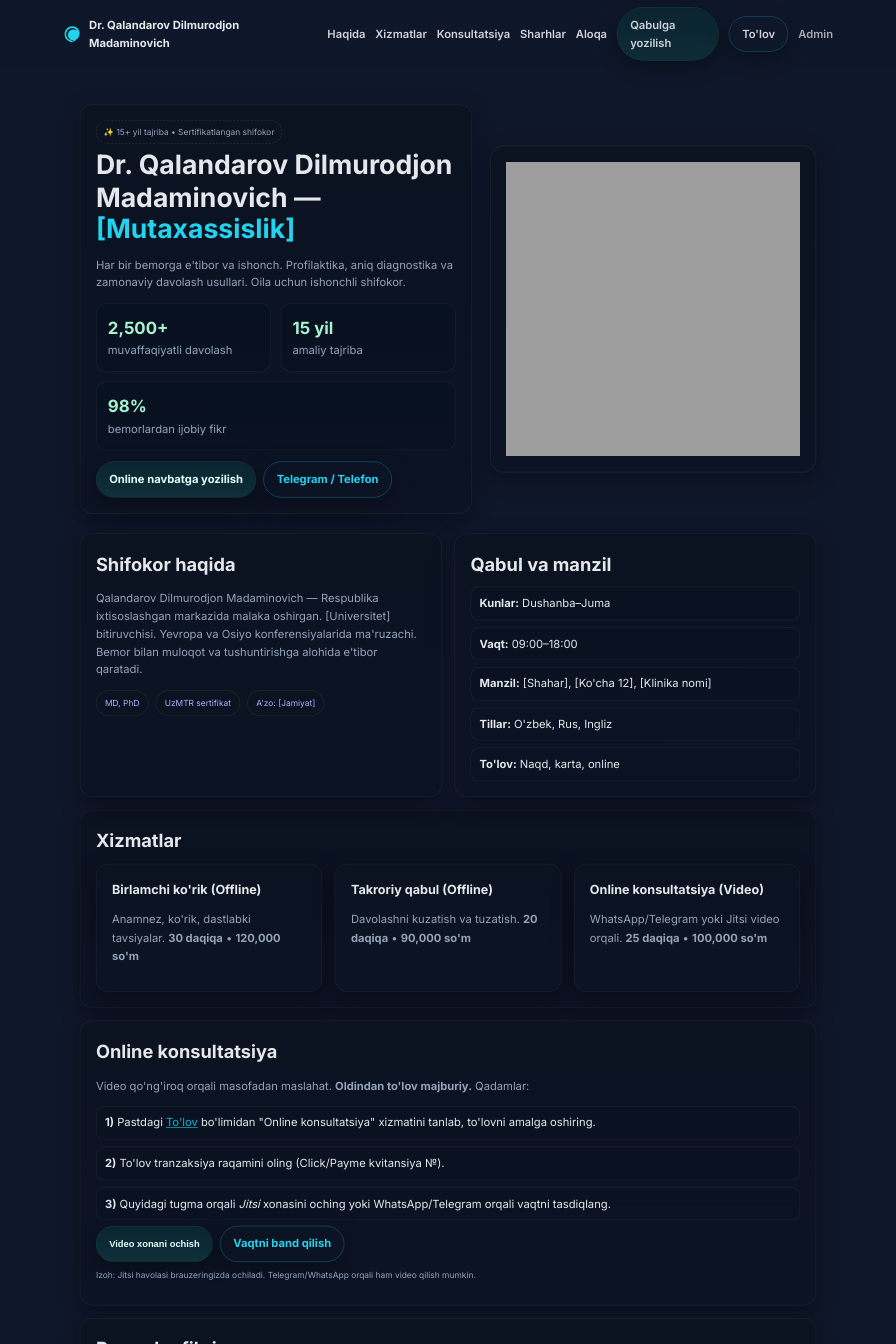
Repository: diyorbe-beep/-----------
Page: /doctors
The author's editor kept a copy of each file at every save. The page is drawn from the files as they stood at one save, then again after the next save.
The browser window is 1280 px wide. The pictures show the part of the page from y = 0 to 1920 px (the page is 3286 px tall), at 70% of full size.
Pictures or frames that could not be fetched are drawn as grey boxes. The project was rebuilt for these pictures with package versions that can differ from the ones it lists, and the page was loaded fresh each time. Also part of the build but not shown: vite.config.js, src/components/Admin/AdminLogin.jsx, src/components/Admin/AdminAppointments.jsx, src/components/Admin/AdminPrices.jsx, src/components/Admin/AdminPayments.jsx, src/components/Admin/AdminDashboard.jsx, src/components/Admin/Admin.jsx.

Above is the page before, as saved 2025-10-20 20:32:21.

### index.html
<!DOCTYPE html>
<html lang="uz">
<head>
  <meta charset="UTF-8" />
  <meta name="viewport" content="width=device-width, initial-scale=1.0" />
  <title>Dr. Qalandarov Dilmurodjon Madaminovich — Shaxsiy tibbiy sayt</title>
  <meta name="description" content="Dr. Qalandarov Dilmurodjon Madaminovich — Qabul, diagnostika va davolash. Online navbatga yoziling, manzil va aloqa ma'lumotlari.">
  <meta name="format-detection" content="telephone=no" />
  <link rel="preconnect" href="https://fonts.googleapis.com">
  <link rel="preconnect" href="https://fonts.gstatic.com" crossorigin>
  <link href="https://fonts.googleapis.com/css2?family=Inter:wght@300;400;600;700&display=swap" rel="stylesheet">
  <script type="application/ld+json">
  {
    "@context": "https://schema.org",
    "@type": "Physician",
    "name": "Dr. Qalandarov Dilmurodjon Madaminovich",
    "medicalSpecialty": "[Mutaxassislik]",
    "telephone": "+998 [telefon]",
    "address": {"@type": "PostalAddress","streetAddress": "[Ko'cha va uy]","addressLocality": "[Shahar]","addressRegion": "[Viloyat]","postalCode": "[Indeks]","addressCountry": "UZ"},
    "openingHours": "Mo-Fr 09:00-18:00"
  }
  </script>
</head>
<body>
  <noscript>You need to enable JavaScript to run this app.</noscript>
  <div id="root"></div>
  <script type="module" src="/src/main.jsx"></script>
</body>
</html>

### src/main.jsx
import React from 'react'
import ReactDOM from 'react-dom/client'
import './index.css'
import App from './App.jsx'

ReactDOM.createRoot(document.getElementById('root')).render(
  <React.StrictMode>
    <App />
  </React.StrictMode>,
)

### src/index.css
:root {
  --bg: #0f172a;
  --card: #111827ee;
  --muted: #94a3b8;
  --txt: #e5e7eb;
  --brand: #06b6d4;
  --brand-2: #22d3ee;
  --accent: #34d399;
  --danger: #ef4444;
  --shadow: 0 10px 30px rgba(0, 0, 0, 0.35);
  --radius: 18px;
}

* {
  box-sizing: border-box;
}

html,
body {
  margin: 0;
  padding: 0;
  background: var(--bg);
  color: var(--txt);
  font-family: Inter, system-ui, -apple-system, Segoe UI, Roboto, "Helvetica Neue", Arial, sans-serif;
  line-height: 1.6;
}

a {
  color: var(--brand);
}

.container {
  max-width: 1100px;
  margin: 0 auto;
  padding: 24px;
}

header {
  position: sticky;
  top: 0;
  z-index: 50;
  background: linear-gradient(180deg, #0f172ae6, #0f172a00);
}

.nav {
  display: flex;
  gap: 16px;
  align-items: center;
  justify-content: space-between;
  padding: 10px 0;
}

.nav a {
  font-weight: 600;
  text-decoration: none;
  color: var(--txt);
  opacity: 0.9;
}

.nav a:hover {
  color: var(--brand-2);
}

.btn {
  display: inline-flex;
  align-items: center;
  justify-content: center;
  padding: 12px 18px;
  border-radius: 9999px;
  border: 1px solid #16a34a20;
  background: linear-gradient(180deg, #0b2530, #0f2f3a);
  color: #e6fffb;
  font-weight: 700;
  cursor: pointer;
  box-shadow: var(--shadow);
  text-decoration: none;
}

.btn:hover {
  transform: translateY(-1px);
  filter: brightness(1.1);
}

.btn-outline {
  background: transparent;
  border: 1px solid #22d3ee55;
  color: var(--brand-2);
}

.hero {
  display: grid;
  grid-template-columns: 1.2fr 1fr;
  gap: 26px;
  align-items: center;
  padding: 28px 0;
}

.card {
  background: linear-gradient(180deg, #0b1220, #0c1324);
  border: 1px solid rgba(255, 255, 255, 0.06);
  box-shadow: var(--shadow);
  border-radius: var(--radius);
  padding: 22px;
}

.tag {
  display: inline-flex;
  gap: 8px;
  align-items: center;
  font-size: 12px;
  color: var(--muted);
  border: 1px dashed rgba(255, 255, 255, 0.15);
  padding: 6px 10px;
  border-radius: 999px;
}

.hero h1 {
  font-size: 38px;
  line-height: 1.2;
  margin: 0.2em 0;
}

.hero p {
  color: var(--muted);
}

.portrait {
  aspect-ratio: 1/1;
  border-radius: 20px;
  overflow: hidden;
  border: 1px solid rgba(255, 255, 255, 0.08);
}

.portrait img {
  width: 100%;
  height: 100%;
  object-fit: cover;
  display: block;
}

.grid-3 {
  display: grid;
  grid-template-columns: repeat(3, 1fr);
  gap: 18px;
}

.grid-2 {
  display: grid;
  grid-template-columns: repeat(2, 1fr);
  gap: 18px;
}

h2 {
  font-size: 26px;
  margin: 0 0 12px;
}

h3 {
  font-size: 18px;
  margin: 0 0 8px;
}

.muted {
  color: var(--muted);
}

.list {
  display: grid;
  gap: 10px;
  margin: 0;
  padding: 0;
}

.list li {
  list-style: none;
  padding: 10px 12px;
  border: 1px solid rgba(255, 255, 255, 0.06);
  border-radius: 12px;
  background: #0b1323cc;
}

.kpi {
  display: flex;
  gap: 14px;
  flex-wrap: wrap;
}

.kpi .item {
  flex: 1;
  min-width: 180px;
  padding: 16px;
  border-radius: 14px;
  border: 1px solid rgba(255, 255, 255, 0.06);
  background: linear-gradient(180deg, #08111f, #0a1221);
}

.kpi .n {
  font-size: 24px;
  font-weight: 800;
  color: #a7f3d0;
}

form {
  display: grid;
  gap: 12px;
}

label {
  font-weight: 600;
  font-size: 14px;
}

input,
select,
textarea {
  width: 100%;
  padding: 12px 14px;
  border-radius: 12px;
  border: 1px solid rgba(255, 255, 255, 0.12);
  background: #0a1221;
  color: var(--txt);
}

textarea {
  min-height: 110px;
  resize: vertical;
}

.footer {
  border-top: 1px solid rgba(255, 255, 255, 0.08);
  margin-top: 32px;
  padding: 22px 0;
  color: var(--muted);
  font-size: 14px;
}

.badges {
  display: flex;
  gap: 10px;
  flex-wrap: wrap;
}

.badge {
  background: #0b1220;
  border: 1px solid rgba(255, 255, 255, 0.08);
  border-radius: 999px;
  padding: 8px 12px;
  font-size: 12px;
  color: #a5b4fc;
}

.map {
  width: 100%;
  height: 260px;
  border-radius: 14px;
  border: 1px solid rgba(255, 255, 255, 0.08);
  background: #0a1221;
  display: flex;
  align-items: center;
  justify-content: center;
  color: #64748b;
}

@media (max-width: 960px) {
  .hero {
    grid-template-columns: 1fr;
  }
  .grid-3 {
    grid-template-columns: 1fr;
  }
  .grid-2 {
    grid-template-columns: 1fr;
  }
}

### src/App.jsx
import { useEffect } from 'react'
import Header from './components/Header.jsx'
import Hero from './components/Hero.jsx'
import About from './components/About.jsx'
import Services from './components/Services.jsx'
import OnlineConsult from './components/OnlineConsult.jsx'
import Reviews from './components/Reviews.jsx'
import Appointment from './components/Appointment.jsx'
import Payment from './components/Payment.jsx'
import Admin from './components/Admin/Admin.jsx'
import Footer from './components/Footer.jsx'
import { SERVICES } from './config/constants.js'
import { getServicesPrices } from './utils/storage.js'

function App() {
  useEffect(() => {
    // Load prices from localStorage on mount
    const savedPrices = getServicesPrices()
    if (savedPrices) {
      SERVICES.offline_primary.price = savedPrices.p1
      SERVICES.offline_follow.price = savedPrices.p2
      SERVICES.online_consult.price = savedPrices.p3
    }
  }, [])

  return (
    <div className="App">
      <Header />
      <main className="container">
        <Hero />
        <About />
        <Services />
        <OnlineConsult />
        <Reviews />
        <Appointment />
        <Payment />
        <Admin />
      </main>
      <Footer />
    </div>
  )
}

export default App

### src/components/Header.jsx
import React from 'react'

const Header = () => {
  return (
    <header>
      <div className="container nav">
        <div style={{ display: 'flex', gap: '10px', alignItems: 'center' }}>
          <svg width="28" height="28" viewBox="0 0 24 24" fill="none" xmlns="http://www.w3.org/2000/svg" aria-hidden="true">
            <path d="M12 2c4.971 0 9 4.029 9 9 0 3.217-1.707 6.04-4.263 7.616-.383.238-.737.53-1.041.867L13 22l-.001-2.5c-3.728 0-6.75-3.022-6.75-6.75S9.271 6 12.999 6c1.794 0 3.426.694 4.649 1.83C16.61 5.595 14.45 4 12 4 7.582 4 4 7.582 4 12s3.582 8 8 8v2C6.477 22 2 17.523 2 12S6.477 2 12 2z" fill="#22d3ee" />
          </svg>
          <strong>Dr. Qalandarov Dilmurodjon Madaminovich</strong>
        </div>
        <nav style={{ display: 'flex', gap: '14px', alignItems: 'center' }}>
          <a href="#about">Haqida</a>
          <a href="#services">Xizmatlar</a>
          <a href="#consult">Konsultatsiya</a>
          <a href="#reviews">Sharhlar</a>
          <a href="#contact">Aloqa</a>
          <a className="btn" href="#appoint">Qabulga yozilish</a>
          <a className="btn btn-outline" href="#pay">To'lov</a>
          <a href="#admin" style={{ opacity: 0.7 }}>Admin</a>
        </nav>
      </div>
    </header>
  )
}

export default Header

### src/components/Hero.jsx
import React from 'react'

const Hero = () => {
  return (
    <section className="hero">
      <div className="card">
        <span className="tag">✨ 15+ yil tajriba • Sertifikatlangan shifokor</span>
        <h1>
          Dr. Qalandarov Dilmurodjon Madaminovich — <span style={{ color: 'var(--brand-2)' }}>[Mutaxassislik]</span>
        </h1>
        <p className="muted">
          Har bir bemorga e'tibor va ishonch. Profilaktika, aniq diagnostika va zamonaviy davolash usullari. Oila uchun ishonchli shifokor.
        </p>
        <div className="kpi" style={{ marginTop: '12px' }}>
          <div className="item">
            <div className="n">2,500+</div>
            <div className="muted">muvaffaqiyatli davolash</div>
          </div>
          <div className="item">
            <div className="n">15 yil</div>
            <div className="muted">amaliy tajriba</div>
          </div>
          <div className="item">
            <div className="n">98%</div>
            <div className="muted">bemorlardan ijobiy fikr</div>
          </div>
        </div>
        <div style={{ display: 'flex', gap: '10px', marginTop: '16px', flexWrap: 'wrap' }}>
          <a className="btn" href="#appoint">Online navbatga yozilish</a>
          <a className="btn btn-outline" href="#contact">Telegram / Telefon</a>
        </div>
      </div>
      <div className="portrait card" aria-label="Doktor portreti">
        <img
          src="https://images.unsplash.com/photo-1612349317150-e413f6a5b16d?q=80&w=1200&auto=format&fit=crop"
          alt="Dr. Qalandarov Dilmurodjon Madaminovich portreti"
        />
      </div>
    </section>
  )
}

export default Hero

### src/components/About.jsx
import React from 'react'

const About = () => {
  return (
    <section id="about" className="grid-2">
      <div className="card">
        <h2>Shifokor haqida</h2>
        <p className="muted">
          Qalandarov Dilmurodjon Madaminovich — Respublika ixtisoslashgan markazida malaka oshirgan. [Universitet] bitiruvchisi.
          Yevropa va Osiyo konferensiyalarida ma'ruzachi. Bemor bilan muloqot va tushuntirishga alohida e'tibor qaratadi.
        </p>
        <div className="badges" style={{ marginTop: '10px' }}>
          <span className="badge">MD, PhD</span>
          <span className="badge">UzMTR sertifikat</span>
          <span className="badge">A'zo: [Jamiyat]</span>
        </div>
      </div>
      <div className="card">
        <h2>Qabul va manzil</h2>
        <ul className="list">
          <li><strong>Kunlar:</strong> Dushanba–Juma</li>
          <li><strong>Vaqt:</strong> 09:00–18:00</li>
          <li><strong>Manzil:</strong> [Shahar], [Ko'cha 12], [Klinika nomi]</li>
          <li><strong>Tillar:</strong> O'zbek, Rus, Ingliz</li>
          <li><strong>To'lov:</strong> Naqd, karta, online</li>
        </ul>
      </div>
    </section>
  )
}

export default About

### src/components/Services.jsx
import React from 'react'
import { SERVICES } from '../config/constants.js'

const Services = () => {
  return (
    <section id="services" className="card" style={{ marginTop: '18px' }}>
      <h2>Xizmatlar</h2>
      <div className="grid-3">
        <div className="card">
          <h3>Birlamchi ko'rik (Offline)</h3>
          <p className="muted">
            Anamnez, ko'rik, dastlabki tavsiyalar. <strong>30 daqiqa</strong> • <strong>{SERVICES.offline_primary.price.toLocaleString('uz-UZ')} so'm</strong>
          </p>
        </div>
        <div className="card">
          <h3>Takroriy qabul (Offline)</h3>
          <p className="muted">
            Davolashni kuzatish va tuzatish. <strong>20 daqiqa</strong> • <strong>{SERVICES.offline_follow.price.toLocaleString('uz-UZ')} so'm</strong>
          </p>
        </div>
        <div className="card">
          <h3>Online konsultatsiya (Video)</h3>
          <p className="muted">
            WhatsApp/Telegram yoki Jitsi video orqali. <strong>25 daqiqa</strong> • <strong>{SERVICES.online_consult.price.toLocaleString('uz-UZ')} so'm</strong>
          </p>
        </div>
      </div>
    </section>
  )
}

export default Services

### src/components/OnlineConsult.jsx
import React from 'react'
import { openJitsi } from '../utils/helpers.js'

const OnlineConsult = () => {
  return (
    <section id="consult" className="card" style={{ marginTop: '18px' }}>
      <h2>Online konsultatsiya</h2>
      <p className="muted">
        Video qo'ng'iroq orqali masofadan maslahat. <strong>Oldindan to'lov majburiy.</strong> Qadamlar:
      </p>
      <ol className="list">
        <li>
          <strong>1)</strong> Pastdagi <a href="#pay">To'lov</a> bo'limidan "Online konsultatsiya" xizmatini tanlab, to'lovni amalga oshiring.
        </li>
        <li>
          <strong>2)</strong> To'lov tranzaksiya raqamini oling (Click/Payme kvitansiya №).
        </li>
        <li>
          <strong>3)</strong> Quyidagi tugma orqali <em>Jitsi</em> xonasini oching yoki WhatsApp/Telegram orqali vaqtni tasdiqlang.
        </li>
      </ol>
      <div style={{ display: 'flex', gap: '10px', flexWrap: 'wrap', marginTop: '8px' }}>
        <button className="btn" type="button" onClick={openJitsi}>
          Video xonani ochish
        </button>
        <a className="btn btn-outline" href="#appoint">Vaqtni band qilish</a>
      </div>
      <p className="muted" style={{ fontSize: '12px', marginTop: '8px' }}>
        Izoh: Jitsi havolasi brauzeringizda ochiladi. Telegram/WhatsApp orqali ham video qilish mumkin.
      </p>
    </section>
  )
}

export default OnlineConsult

### src/components/Reviews.jsx
import React from 'react'

const Reviews = () => {
  const reviews = [
    {
      text: "Doktor juda e'tiborli, hammasini tushuntirib berdi.",
      author: "Dilorom A."
    },
    {
      text: "Navbat tez, davolash samarali bo'ldi. Tavsiya qilaman!",
      author: "Behruz K."
    },
    {
      text: "Bolamni tekshirtirdik, juda mamnunmiz.",
      author: "Saida R."
    }
  ]

  return (
    <section id="reviews" className="card" style={{ marginTop: '18px' }}>
      <h2>Bemorlar fikri</h2>
      <div className="grid-3">
        {reviews.map((review, index) => (
          <div key={index} className="card">
            <p>
              "{review.text}"
              <br />
              <span className="muted">— {review.author}</span>
            </p>
          </div>
        ))}
      </div>
    </section>
  )
}

export default Reviews

### src/components/Payment.jsx
import React, { useState, useEffect } from 'react'
import { SERVICES } from '../config/constants.js'
import { startPayment } from '../utils/helpers.js'

const Payment = () => {
  const [paymentData, setPaymentData] = useState({
    service: 'online_consult',
    name: '',
    phone: ''
  })

  const [amount, setAmount] = useState(SERVICES.online_consult.price)

  useEffect(() => {
    setAmount(SERVICES[paymentData.service].price)
  }, [paymentData.service])

  const handleChange = (e) => {
    const { name, value } = e.target
    setPaymentData(prev => ({
      ...prev,
      [name]: value
    }))
  }

  const handlePayment = (provider) => {
    const service = SERVICES[paymentData.service]
    startPayment(provider, paymentData.service, service, paymentData.name, paymentData.phone)
  }

  return (
    <section id="pay" className="card" style={{ marginTop: '18px' }}>
      <h2>To'lov</h2>
      <p className="muted">
        Iltimos, xizmatni tanlab, oldindan to'lovni bajaring. Band qilingan vaqt faqat to'lovdan so'ng tasdiqlanadi.
      </p>
      <form onSubmit={(e) => e.preventDefault()} className="list">
        <div className="grid-2">
          <div>
            <label htmlFor="pay_service">Xizmat</label>
            <select
              id="pay_service"
              name="service"
              value={paymentData.service}
              onChange={handleChange}
            >
              <option value="online_consult">Online konsultatsiya (Video)</option>
              <option value="offline_primary">Birlamchi ko'rik (Offline)</option>
              <option value="offline_follow">Takroriy qabul (Offline)</option>
            </select>
          </div>
          <div>
            <label htmlFor="pay_name">Ism Familiya</label>
            <input
              id="pay_name"
              name="name"
              value={paymentData.name}
              onChange={handleChange}
              placeholder="Ali Valiyev"
            />
          </div>
        </div>
        <div className="grid-2">
          <div>
            <label htmlFor="pay_phone">Telefon</label>
            <input
              id="pay_phone"
              name="phone"
              value={paymentData.phone}
              onChange={handleChange}
              placeholder="99890xxxxxxx"
            />
          </div>
          <div>
            <label>To'lov summasi</label>
            <div className="kpi">
              <div className="item">
                <div className="n">{amount.toLocaleString('uz-UZ')}</div>
                <div className="muted">so'm</div>
              </div>
            </div>
          </div>
        </div>
        <div style={{ display: 'flex', gap: '10px', flexWrap: 'wrap' }}>
          <button className="btn" type="button" onClick={() => handlePayment('payme')}>
            Payme
          </button>
          <button className="btn" type="button" onClick={() => handlePayment('click')}>
            Click
          </button>
          <button className="btn btn-outline" type="button" onClick={() => handlePayment('manual')}>
            Bank o'tkazma / Naqd ofisda
          </button>
        </div>
        <p className="muted" style={{ fontSize: '12px' }}>
          To'lov muvaffaqiyatli bo'lgach, kvitansiya № ni saqlab qo'ying va <a href="#appoint">band qilish</a> formasiga kiriting.
        </p>
      </form>
    </section>
  )
}

export default Payment

### src/components/Footer.jsx
import React from 'react'
import { scrollToTop } from '../utils/helpers.js'

const Footer = () => {
  const currentYear = new Date().getFullYear()

  return (
    <section className="footer container">
      <div className="grid-2">
        <div>
          © {currentYear} Dr. Qalandarov Dilmurodjon Madaminovich. Barcha huquqlar himoyalangan.
          <br />
          <span className="muted">Sayt: Abdulloxon & "Bob" ishlab chiqdi.</span>
        </div>
        <div style={{ textAlign: 'right' }}>
          <a href="#top" onClick={(e) => { e.preventDefault(); scrollToTop(); }}>
            Yuqoriga ↑
          </a>
        </div>
      </div>
    </section>
  )
}

export default Footer

Loaded but not shown: src/utils/helpers.js (89 lines, source omitted); src/utils/storage.js (89 lines, source omitted); src/config/constants.js (33 lines, source omitted); src/components/Appointment.jsx (182 lines, source omitted); src/styles/themes.css (256 lines, source omitted)

After the next save:
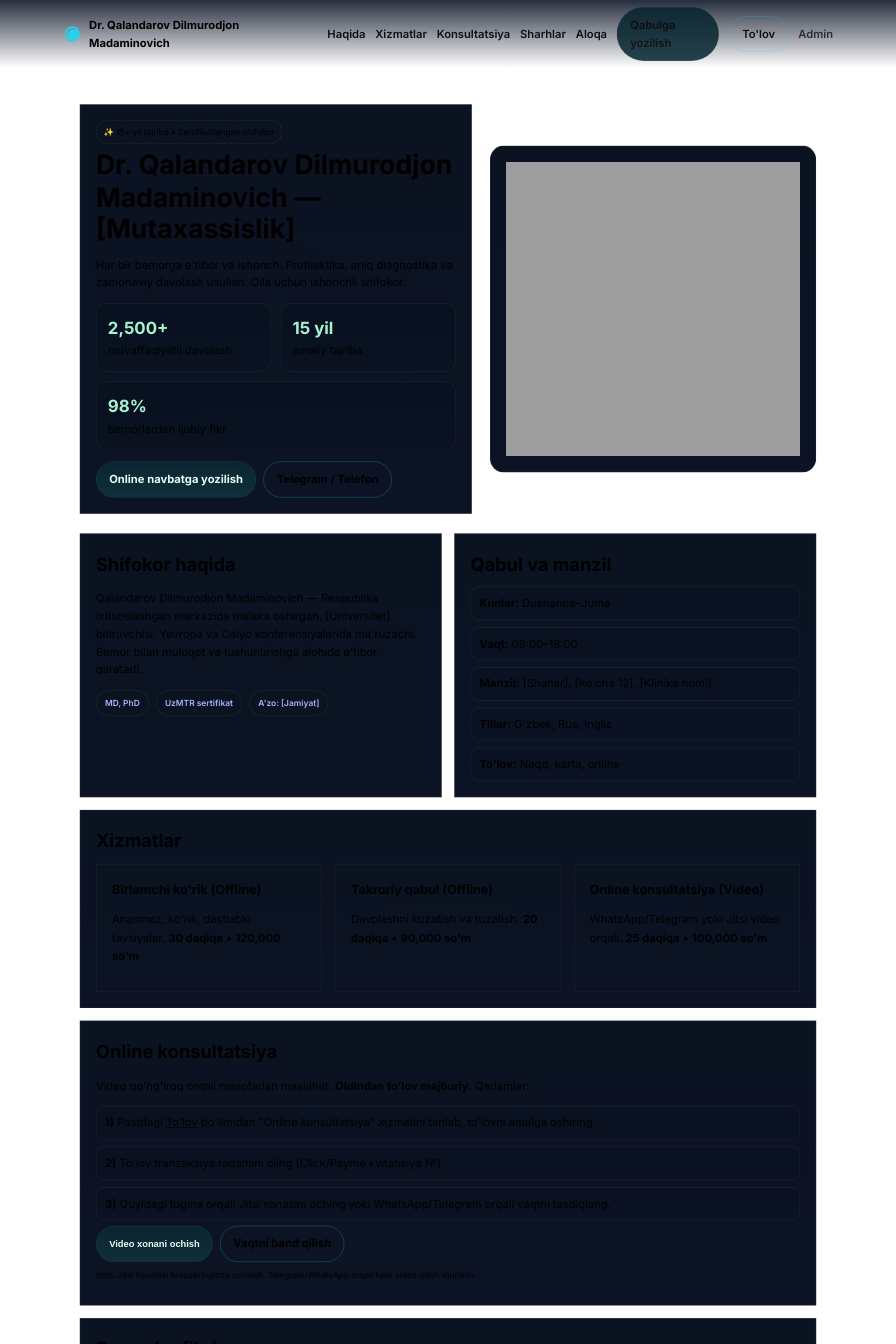
Saved 2 s later.
--- a/src/index.css
+++ b/src/index.css
@@ -1,15 +1,4 @@
-:root {
-  --bg: #0f172a;
-  --card: #111827ee;
-  --muted: #94a3b8;
-  --txt: #e5e7eb;
-  --brand: #06b6d4;
-  --brand-2: #22d3ee;
-  --accent: #34d399;
-  --danger: #ef4444;
-  --shadow: 0 10px 30px rgba(0, 0, 0, 0.35);
-  --radius: 18px;
-}
+@import './styles/themes.css';
 
 * {
   box-sizing: border-box;
